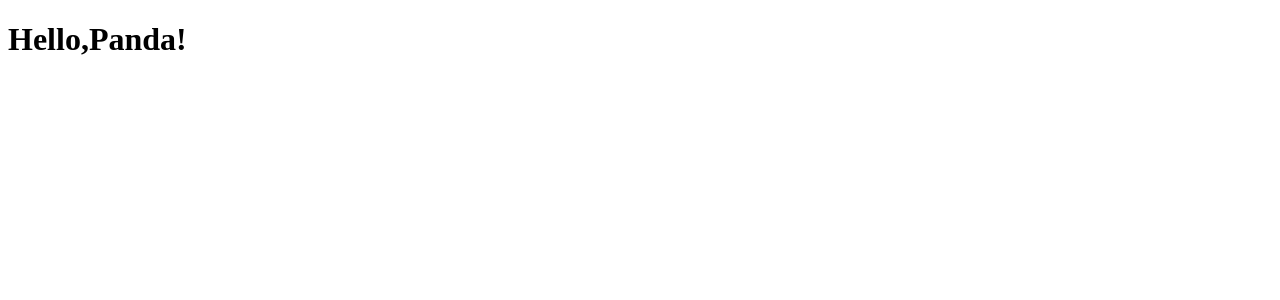
Repository: omarhasnain/panda-commerce-bootstrap
Page: index.html
An editor plug-in stored every save of this project. The page is shown before and after the next save, followed by the edit.
The browser window is 1280 px wide. The pictures show the whole page.

Above is the page before, as saved 2021-01-14 15:20:27.

After the next save:
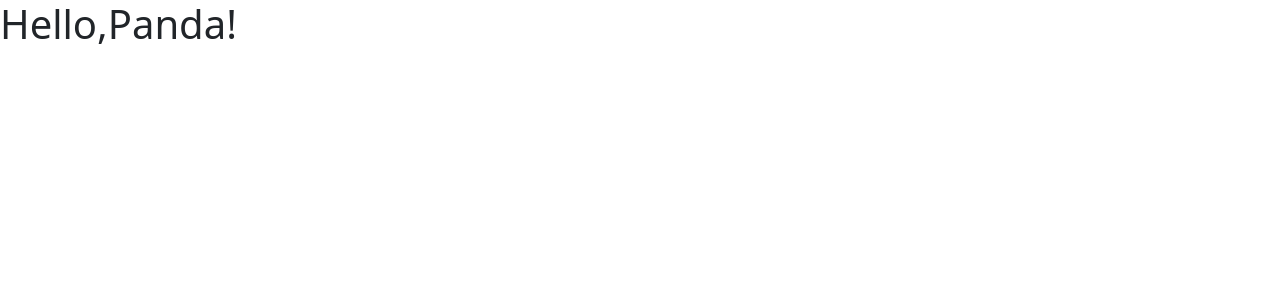
Saved 42 s later.
--- a/index.html
+++ b/index.html
@@ -4,6 +4,7 @@
     <meta charset="UTF-8">
     <meta name="viewport" content="width=device-width, initial-scale=1.0">
     <title>Panda Commerce</title>
+    <link href="https://cdn.jsdelivr.net/npm/bootstrap@5.0.0-beta1/dist/css/bootstrap.min.css" rel="stylesheet" integrity="sha384-giJF6kkoqNQ00vy+HMDP7azOuL0xtbfIcaT9wjKHr8RbDVddVHyTfAAsrekwKmP1" crossorigin="anonymous">
 </head>
 <body>
     <h1>Hello,Panda! </h1>
